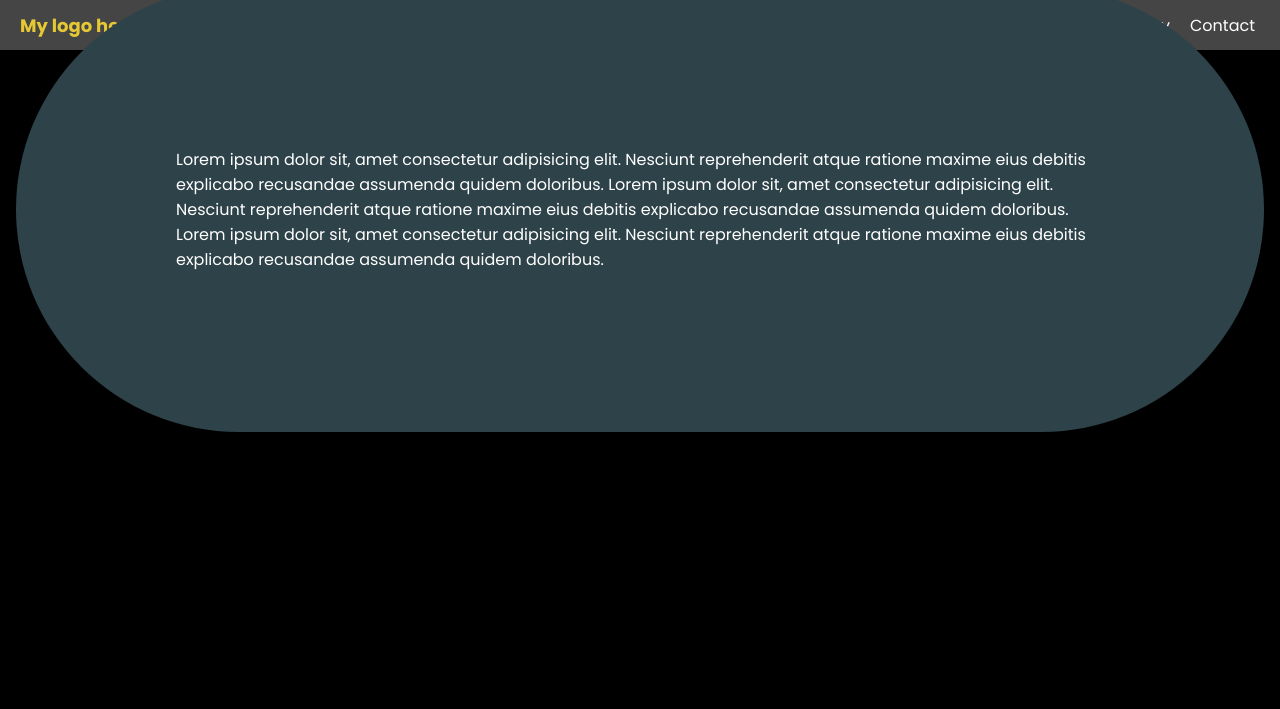
Repository: buzzedison/gardens
Page: index.html
An editor plug-in stored every save of this project. The page is shown before and after the next save, followed by the edit.
The browser window is 1280 px wide. The pictures show the whole page.

Above is the page before, as saved 2022-01-12 20:32:31.

### index.html
<!DOCTYPE html>
<html lang="en">
<head>
    <meta charset="UTF-8">
    <meta http-equiv="X-UA-Compatible" content="IE=edge">
    <meta name="viewport" content="width=device-width, initial-scale=1.0">
    <title>B</title>
    <script src="index.js" defer></script>
    <link rel="stylesheet" href="/css/styles.css">
</head>
<body>
    <div>

        <Header>
            <div id="logo"> <a href="/">My logo here</a></div>
            <nav>
<ul>
    <li> <a href="/"> Home</a></li>
    <li> <a href="/"> About</a></li>
    <li> <a href="/"> Services</a></li>
    <li> <a href="/"> Gallery</a></li>
    <li> <a href="/">  Contact</a></li>
</ul>

 </nav>
            <!-- Mobile version -->
            <div id="mobile-icon" onclick="toggleMobileMenu(this)">
                <div class="bar1"></div>
                <div class="bar2"></div>
                <div class="bar3"></div>
                <ul class="mobile-menu">
                  <li><a href="/">Home</a></li>
                  <li><a href="/">About</a></li>
                  <li><a href="/">Services</a></li>
                  <li><a href="/">Gallery</a></li>
                  <li><a href="/">Contact</a></li>

                </ul>
              </div>
        </Header>
        <main class="container">
            <section1>
                <p class="section-title">Helping you look  <span id="fab">Fabulous!</span></p>
                <div class="grid">
                    <div class="grida">
                        <p class="text-grid"><img class ="img" src="images/woman.png">
                            <br/>
                            <a href="/" class="button"> CONTACT US </a>

                    </div>

                    <div class="gridb">
                        <div class="inside">
                        <p class="text-grid">
                        Lorem ipsum dolor sit, amet consectetur adipisicing elit.
                        Nesciunt reprehenderit atque ratione maxime eius
                        debitis explicabo recusandae assumenda quidem doloribus.
                        Lorem ipsum dolor sit, amet consectetur adipisicing elit.
                        Nesciunt reprehenderit atque ratione maxime eius
                        debitis explicabo recusandae assumenda quidem doloribus.
                        Lorem ipsum dolor sit, amet consectetur adipisicing elit.
                        Nesciunt reprehenderit atque ratione maxime eius
                        debitis explicabo recusandae assumenda quidem doloribus.
                    </p>
                </div>
                    </div>
                </div>
            </section1>

        </main>
    </div>
</body>
</html>

### css/styles.css
@import url("https://fonts.googleapis.com/css2?family=Poppins:wght@400;700&display=swap");

* {
  padding: 0;
  margin: 0;
  box-sizing: border-box;
}

body {
  color: black;
  font-family: "Poppins", sans-serif;
  background-color:black;
}

header a {
  text-decoration: none;
}

header {
  padding: 0 20px;
  background-color: #444544;
  height: 50px;
  display: flex;
  justify-content: space-between;
}

#logo {
  font-weight: bold;
  font-size: 18px;
  display: flex;
  align-items: center;
}

#logo a {
  color: #e6c834;
}

ul {
  list-style: none;
  height: 100%;
  display: flex;
  align-items: center;
  justify-content: space-around;
}

ul a {
  color: white;
}

ul li {
  padding: 5px;
  margin-left: 10px;
}

ul li:hover {
  transform: scale(1.1);
  transition: 0.3s;
}




#mobile-icon {
  margin: auto 0;
  display: none;
  cursor: pointer;
}

#mobile-icon div {
  width: 35px;
  height: 3px;
  background-color: white;

  margin: 6px 0;
  transition: 0.4s;
}

.open .bar1 {
  -webkit-transform: rotate(-45deg) translate(-6px, 6px);
  transform: rotate(-45deg) translate(-6px, 6px);
}

.open .bar2 {
  opacity: 0;
}

.open .bar3 {
  -webkit-transform: rotate(45deg) translate(-6px, -8px);
  transform: rotate(45deg) translate(-6px, -8px);
}

.open .mobile-menu {
  display: flex;
  flex-direction: column;
  align-items: center;
  justify-content: flex-start;
}

.mobile-menu {
  display: none;
  position: absolute;
  top: 50px;
  left: 0;
  height: calc(100vh - 50px);
  width: 100%;

}

.mobile-menu li {
  margin-bottom: 10px;

}

@media only screen and (max-width: 600px) {
  header nav {
    display: none;
  }

  #mobile-icon {
    display: block;
  }
}


.section-title{
  color: white;
  font-size: 4em;
  padding-top: 1em;
  padding-left: 0.7em;


}

#fab {
  font-family: 'Trebuchet MS', 'Lucida Sans Unicode', 'Lucida Grande', 'Lucida Sans', Arial, sans-serif;
  font-style: italic;
}


.grid > div{
   padding:1em;
   background-color:rgba(255, 235, 205, 0);
}

.grid > div:nth-child(odd){
  background-color:rgba(255, 248, 220, 0.003);


}

.grid{
  display:grid;
  grid-template-columns: 40% 60%;
  /* seperating columns */
  grid-column-gap: -40em;
  box-sizing: border-box;
  place-items: center;

  /* browser automatically breaks when it gets to 300px */
  grid-template-columns: repeat(auto-fit, minmax(300px, 1fr));

}

.text-grid {
  padding: 10em;
  color:white;





}

.grida{
  align-self: end;
  /* justify-self: end; */
  width:5em;
  position:absolute;

}

.gridb{

  position:fixed;

}


/* Buttons  */

a.button{
  display:inline-block;
  padding:0.55em 2.2em;
  border:none;
  margin:0 0.3em 0.3em 0;
  border-radius:0.12em;
  box-sizing: border-box;
  text-decoration:none;
  background-color:#F62AA0;
  float:right;

  font-weight:400;
  font-size:2em;
  color:#FFFFFF;
  text-align:center;
  transition: all 0.2s;



  }

  @media only screen and (max-width: 600px){
    a.button{
      display:inline-block;
      padding:0.45em 1.8em;
      border:none;
      /* margin:0 0.1em 0.3em 0; */
      border-radius:0.12em;
      box-sizing: border-box;
      text-decoration:none;
      background-color:#F62AA0;
      float:left;

      font-weight:400;
      font-size:1.5em;
      color:#FFFFFF;
      text-align:center;
      transition: all 0.2s;
    }
  }
  a.button1:hover{
  color:#000000;
  background-color:#FFFFFF;
  }
  @media all and (max-width:30em){
  a.button1{
  display:block;
  margin:0.4em auto;

  }
  }

  .img {
    float:right;

  }


  .inside {

    width: 100%;
   height: 100%;
   background: #2E4249;
   -moz-border-radius: 70px;
   -webkit-border-radius: 70px;
   border-radius: 500px;
    transition: all 1s ease;

  }
  .inside:hover {
    background: #3b5159;
  }

Loaded but not shown: index.js (common file)

After the next save:
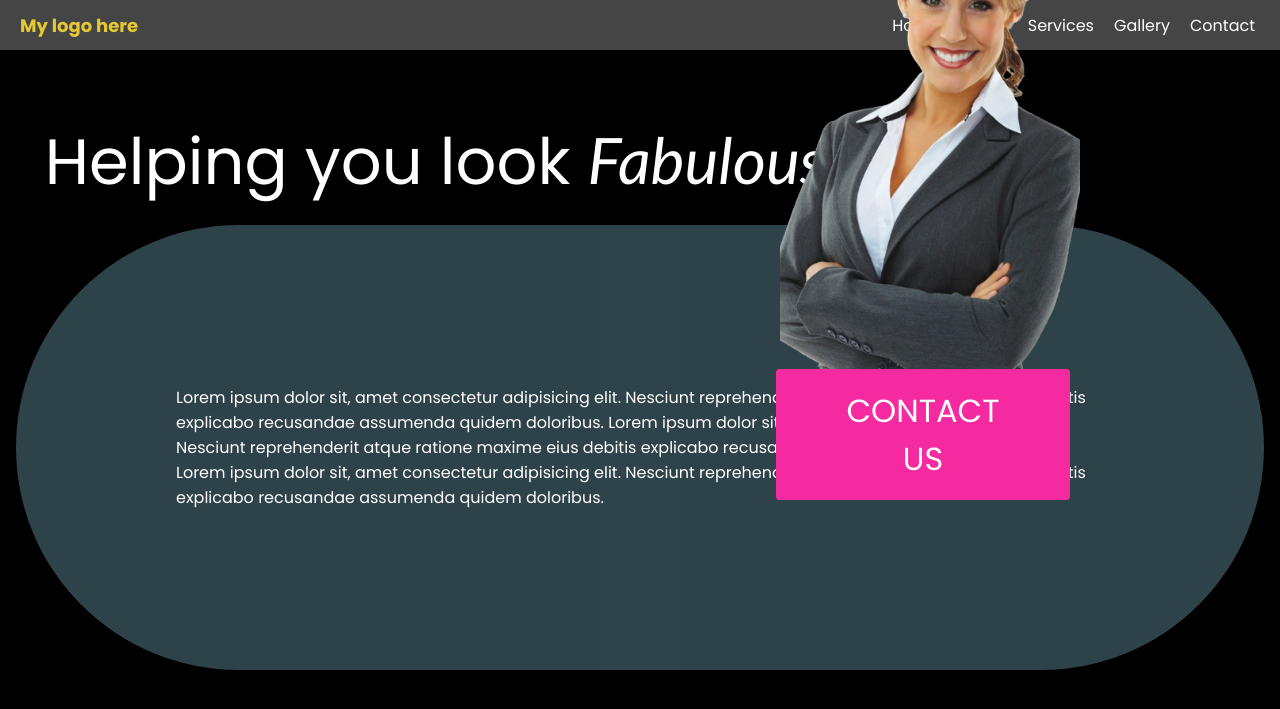
Saved 21 s later.
--- a/css/styles.css
+++ b/css/styles.css
@@ -176,12 +176,13 @@ ul li:hover {
   /* justify-self: end; */
   width:5em;
   position:absolute;
+  display:flex
 
 }
 
 .gridb{
 
-  position:fixed;
+
 
 }
 
